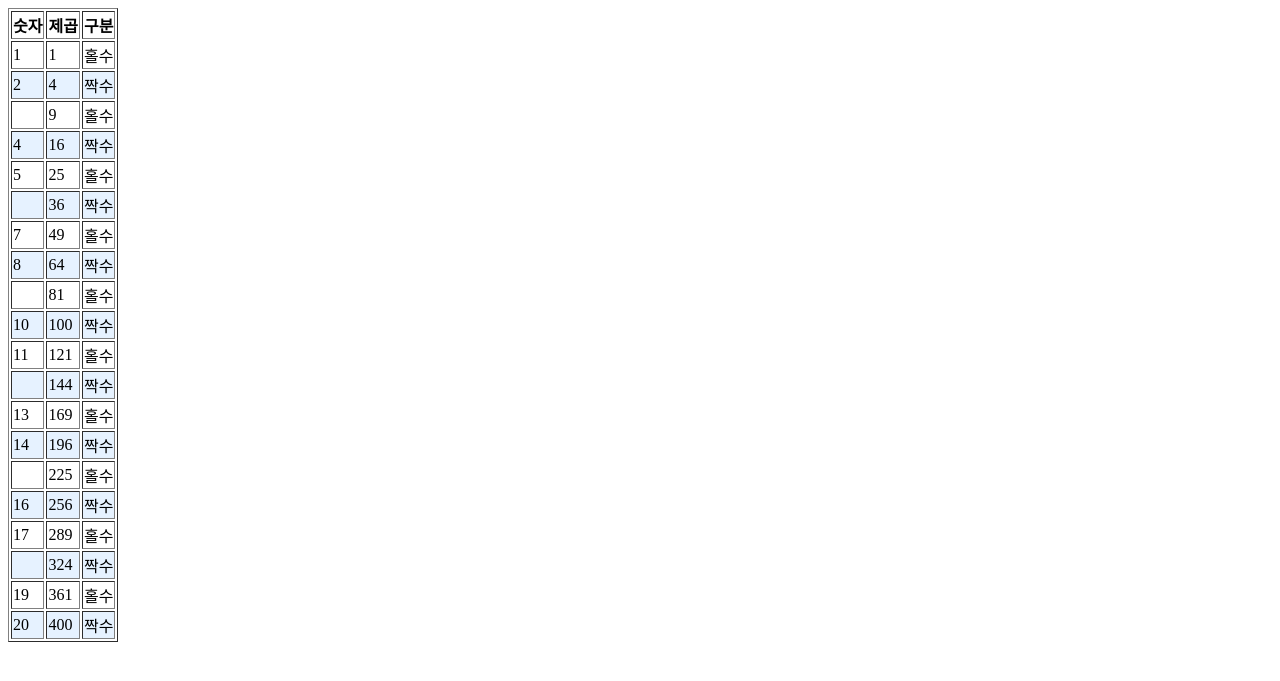
Repository: kkj68106810-dot/jsp2026
Page: http://localhost/chapter01/example_stripe.jsp
The author's editor kept a copy of each file at every save. The page is drawn from the files as they stood at one save, then again after the next save.
The browser window is 1280 px wide. The pictures show the whole page.
The page is served by Tomcat 9.

Above is the page before, as saved 2026-10-16 06:06:39.

### chapter01/src/main/webapp/example_stripe.jsp
<%@ page language="java" contentType="text/html; charset=UTF-8"
    pageEncoding="UTF-8"%>
<!DOCTYPE html>
<html>
<head>
<meta charset="UTF-8">
<title>Insert title here</title>
</head>
<body>
	<%!

	%>

	<table border="1">
		<tr>
			<th>숫자</th>
			<th>제곱</th>
			<th>구분</th>

		</tr>
		<% for(int i = 1 ; i <= 20; i++) { %>
		<tr style="background-color:<%=i%2 == 0 ? "#e6f2ff" : "#ffffff" %>">
			<td>
			<% if (i%3 == 0) { %>


			<% } else { %>
			<%=i%>
			<% } %>
			</td>
			<td>
			<%=i*i%>
			</td>
			<td>
			<%=i%2 == 0 ? "짝수" : "홀수"%>
			</td>

		</tr>
		<% } %>


	</table>

</body>
</html>

After the next save:
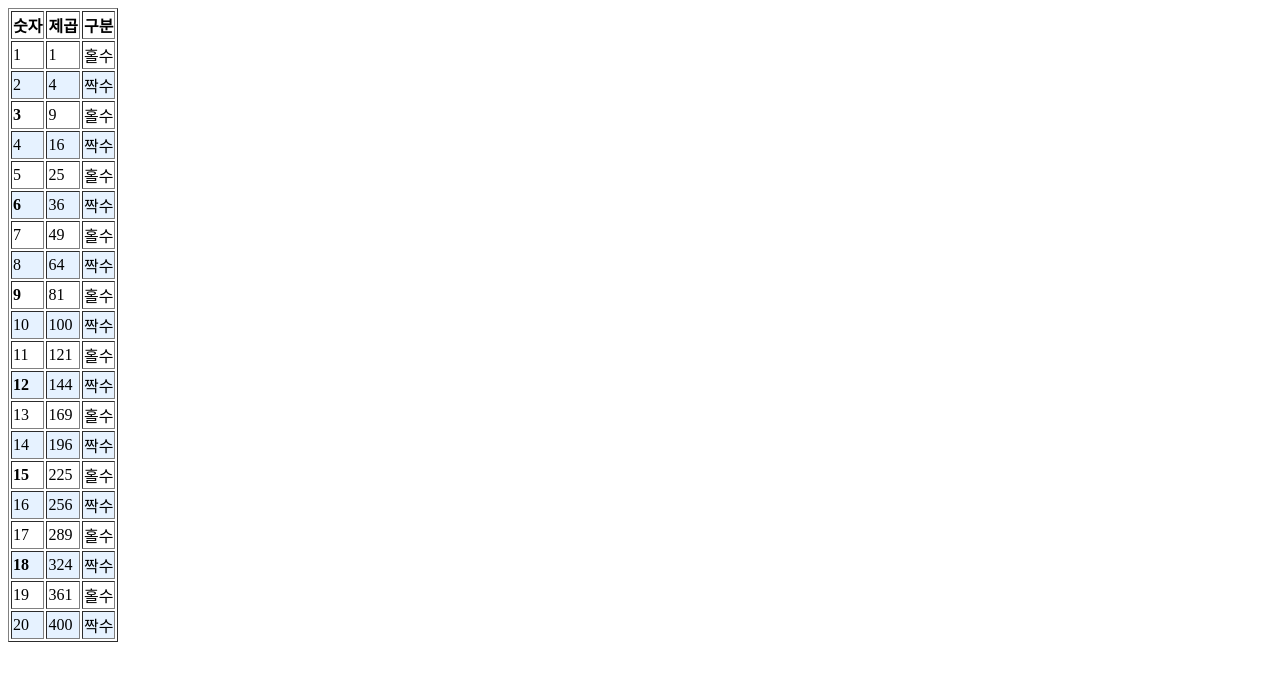
Saved 21 s later.
--- a/chapter01/src/main/webapp/example_stripe.jsp
+++ b/chapter01/src/main/webapp/example_stripe.jsp
@@ -22,8 +22,7 @@
 		<tr style="background-color:<%=i%2 == 0 ? "#e6f2ff" : "#ffffff" %>">
 			<td>
 			<% if (i%3 == 0) { %>
-
-
+			<b><%=i%></b>
 			<% } else { %>
 			<%=i%>
 			<% } %>
